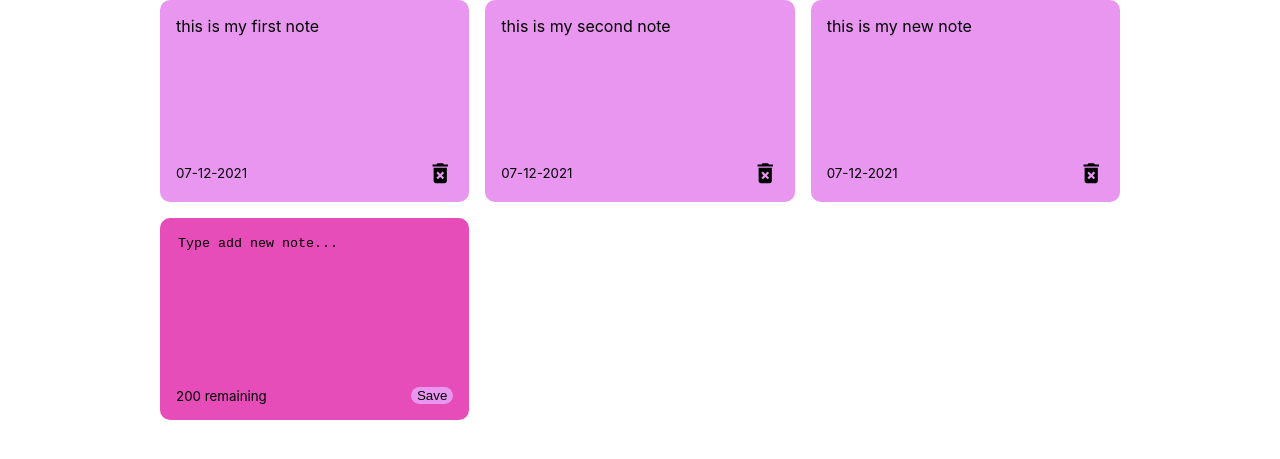
Repository: DeraBola/react-notes-app
Page: /
An editor plug-in stored every save of this project. The page is shown before and after the next save, followed by the edit.
The browser window is 1280 px wide. The pictures show the whole page.
The project was rebuilt for these pictures with package versions that can differ from the ones it lists, and the page was loaded fresh each time.

Above is the page before, as saved 2022-08-01 21:54:17.

### src/index.js
import React from 'react';
import ReactDOM from 'react-dom/client';
import './index.css';
import App from './App';


const root = ReactDOM.createRoot(document.getElementById('root'));
root.render(
  <React.StrictMode>
    <App />
  </React.StrictMode>
);

### src/index.css
body {
    margin: 0;
    font-family: -apple-system, BlinkMacSystemFont, 'Segoe UI', 'Roboto', 'Oxygen', 'Ubuntu', 'Cantarell', 'Fira Sans', 'Droid Sans', 'Helvetica Neue', sans-serif;
    -webkit-font-smoothing: antialiased;
    -moz-osx-font-smoothing: grayscale;
}

code {
    font-family: source-code-pro, Menlo, Monaco, Consolas, 'Courier New', monospace;
}

.container {
    max-width: 960px;
    margin-right: auto;
    margin-left: auto;
    padding-right: 15px;
    padding-left: 15px;
}

.notes-list {
    display: grid;
    grid-gap: 1rem;
    grid-template-columns: repeat(auto-fit, minmax(250px, 1fr));
}

.note {
    background-color: #e996f1;
    border-radius: 10px;
    padding: 1rem;
    min-height: 170px;
    display: flex;
    flex-direction: column;
    justify-content: space-between;
}

.note-footer {
    display: flex;
    align-items: center;
    justify-content: space-between;
}

.note.new {
    background-color: #e74db9;
}

textarea {
    border: none;
    resize: none;
    background-color: #e74db9;
}

::placeholder {
    color: black;
}

textarea:focus {
    outline: none;
}

.save {
    background-color: #e996f1;
    border: none;
    border-radius: 15px;
    padding: 5px 10px5px10px;
}

.save:hover {
    background-color: ;
    cursor: pointer;
}

### src/App.js
import NotesList from './components/NotesList';
import { useState }  from 'react';
import { nanoid }  from 'nanoid';
 const App = () =>{
   const [notes, setNotes] = useState([
     {
    id: nanoid(),
     text: "this is my first note",
     date:"07-12-2021",
   },
   {
    id: nanoid(),
     text: "this is my second note",
     date:"07-12-2021",
   },
   {
    id: nanoid(),
     text: "this is my new note",
     date:"07-12-2021",
   },
  ]);
   return(
    <div className="container" >
      <NotesList notes={notes}   />
    </div>
   )
 }

 export default App;

### src/components/NotesList.js
import Note from './Note';
import AddNote from './AddNote';

const NotesList  = ({ notes }) => {
return(
    <div className="notes-list">
        {notes.map((note) => (
        <Note
         id={note.id}  text={note.text}  date={note.date}
         />
         ))}
         <AddNote />
    </div>
);
};

export default NotesList;

### src/components/Note.js

import { MdDeleteForever } from 'react-icons/md'

const Note  = ( {id, text, date} ) => {
    return(
        <div className='note'>
             <span>{ text }</span>
             <div className="note-footer">
                <small>{ date }</small>
                <MdDeleteForever className='delete-icon' size='0.7cm' />
             </div>
        </div>
    );
    };

    export default Note;

### src/components/AddNote.js

const AddNote  = () => {
return(
    <div className="note new">
         <textarea
         rows="8" cols="10" placeholder='Type add new note...' >
         </textarea>
         <div  className='note-footer' >
             <small>200 remaining</small>
             <button  className='save'>Save</button>
         </div>
    </div>
);
};

export default AddNote ;

Loaded but not shown: public/index.html (common file)

After the next save:
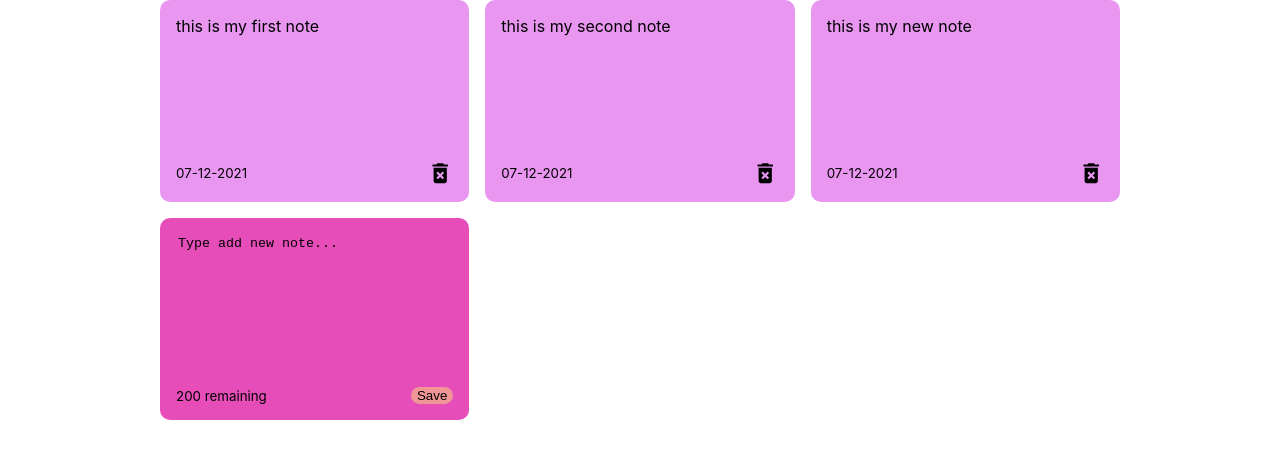
Saved 73 s later.
--- a/src/index.css
+++ b/src/index.css
@@ -58,7 +58,7 @@ textarea:focus {
 }
 
 .save {
-    background-color: #e996f1;
+    background-color: #f19697;
     border: none;
     border-radius: 15px;
     padding: 5px 10px5px10px;
